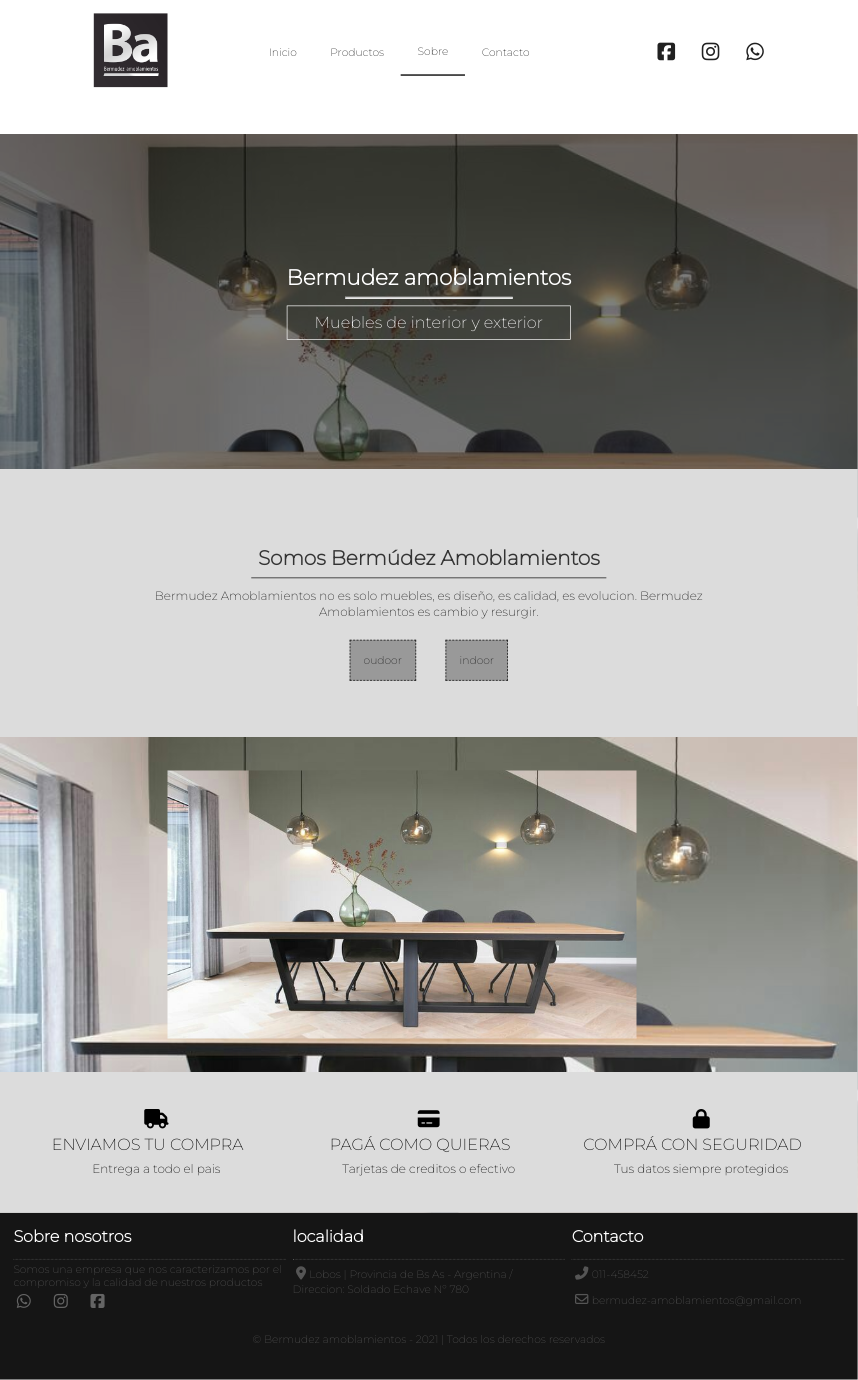
Repository: DamianBermudez94/Bermudez-amoblamientos
Page: index.html
These files come from the project's save history. The page is drawn as it stood at one moment and after the next save; the edit follows.
The browser window is 1280 px wide. The pictures show the whole page, at 67% of full size.
Backgrounds fixed to the window are drawn as part of the page. Some web libraries are served in a nearby version.

Above is the page before, as saved 2022-09-22 18:57:15.

After the next save:
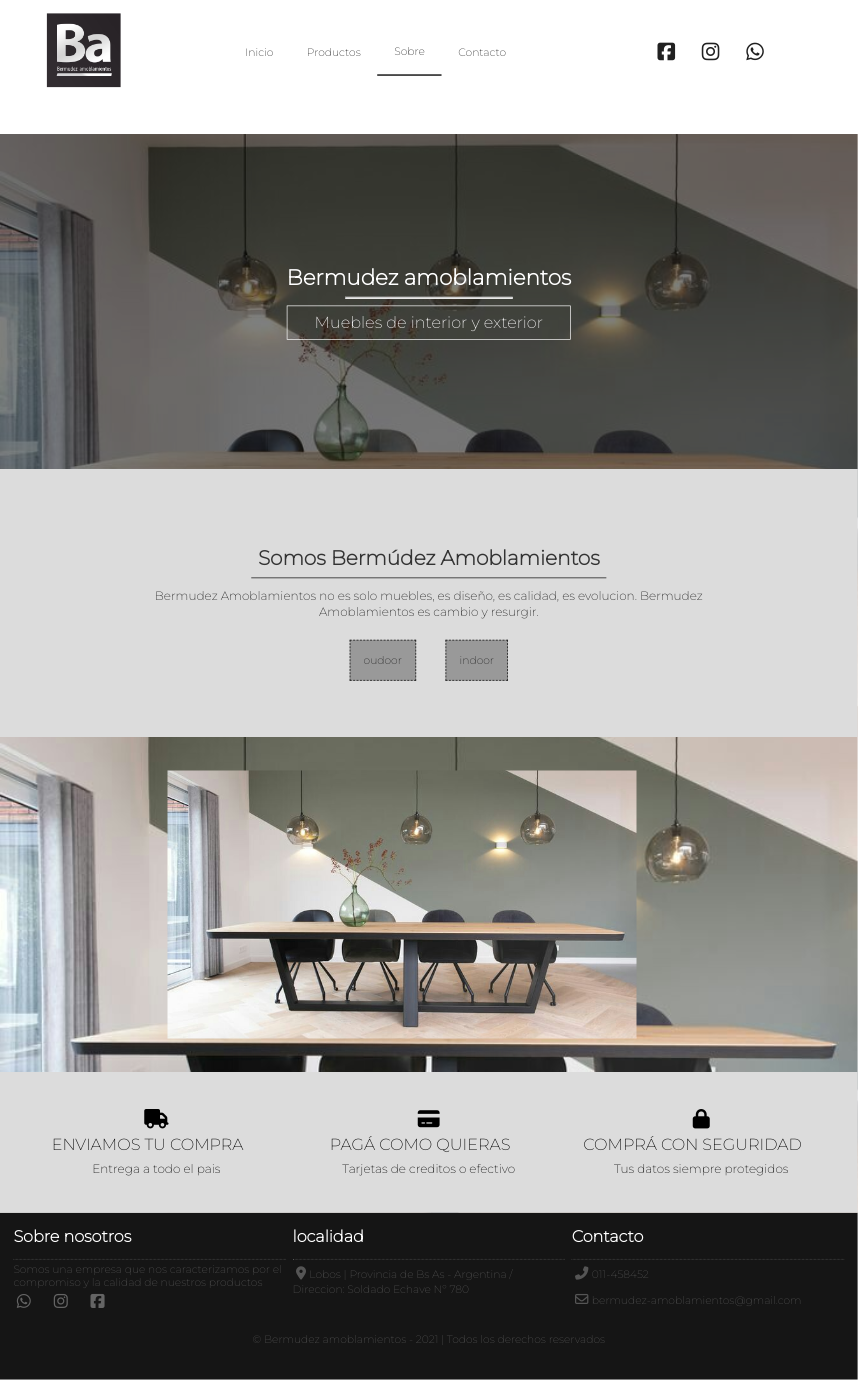
Saved 10 s later.
--- a/header/header.css
+++ b/header/header.css
@@ -213,7 +213,7 @@
     display: flex;
     align-items: center;
     justify-content: space-evenly;
-    padding: 0 120px 0;
+    padding: 0 120px 0 50px;
 
 
   }
